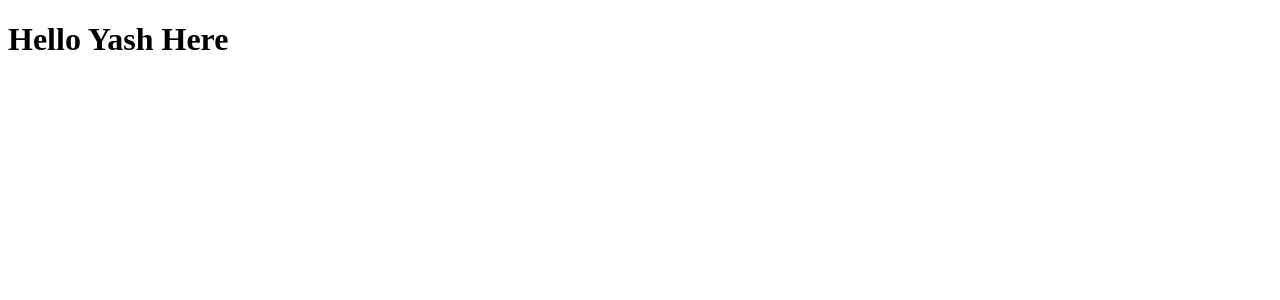
Repository: yashdpatil/Advanced_java
Page: Hushar/src/main/webapp/NewFile.html
These files come from the project's save history. The page is drawn as it stood at one moment and after the next save; the edit follows.
The browser window is 1280 px wide. The pictures show the whole page.

Above is the page before, as saved 2023-12-17 04:14:08.

After the next save:
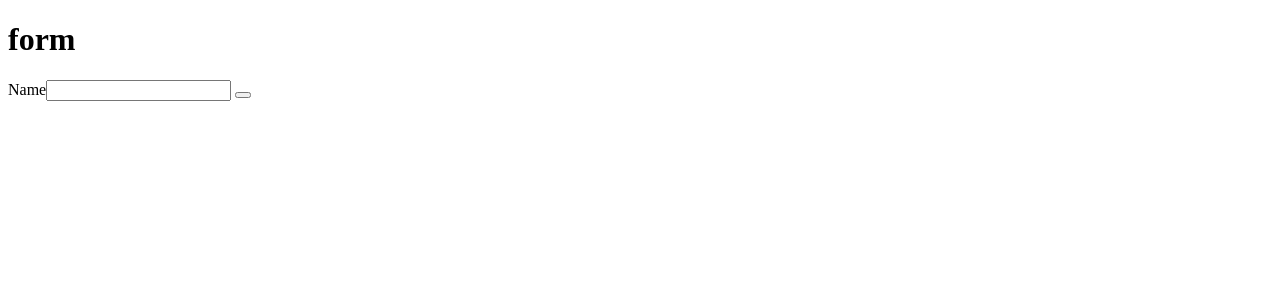
Saved 104 s later.
--- a/Hushar/src/main/webapp/NewFile.html
+++ b/Hushar/src/main/webapp/NewFile.html
@@ -5,6 +5,10 @@
 <title>Insert title here</title>
 </head>
 <body>
-<h1> Hello Yash Here</h1>
+<h1> form</h1>
+<form action="NewFile" Method = "Post">
+Name<input type ="text">
+<button type = "submit"></button>
+</form>
 </body>
 </html>
